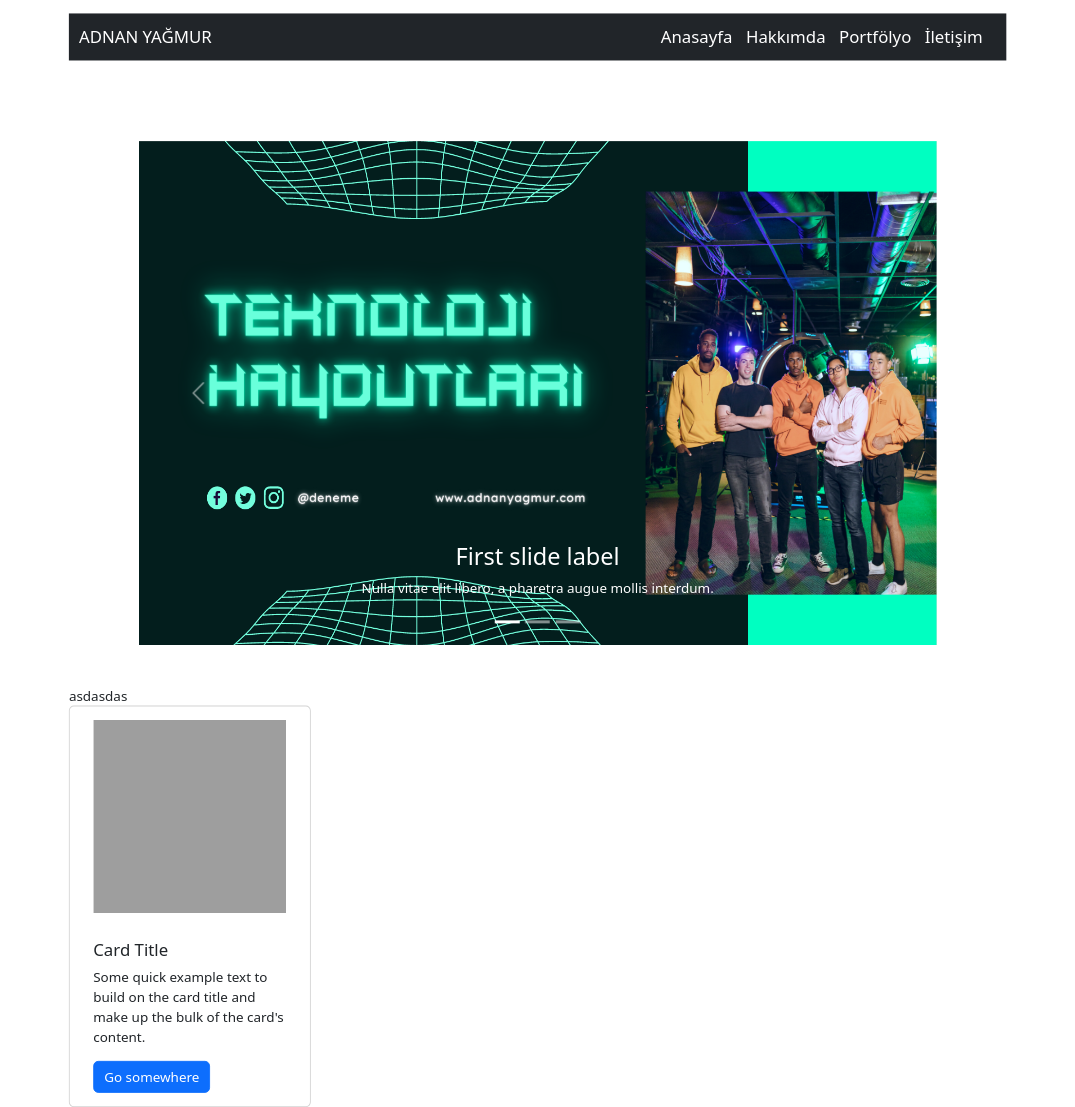
Repository: adnanyagmur/react-bootstrap-example
Page: /
An editor plug-in stored every save of this project. The page is shown before and after the next save, followed by the edit.
The browser window is 1280 px wide. The pictures show the whole page, at 84% of full size.
Pictures or frames that could not be fetched are drawn as grey boxes. The project was rebuilt for these pictures with package versions that can differ from the ones it lists, and the page was loaded fresh each time.

Above is the page before, as saved 2022-06-29 11:19:28.

After the next save:
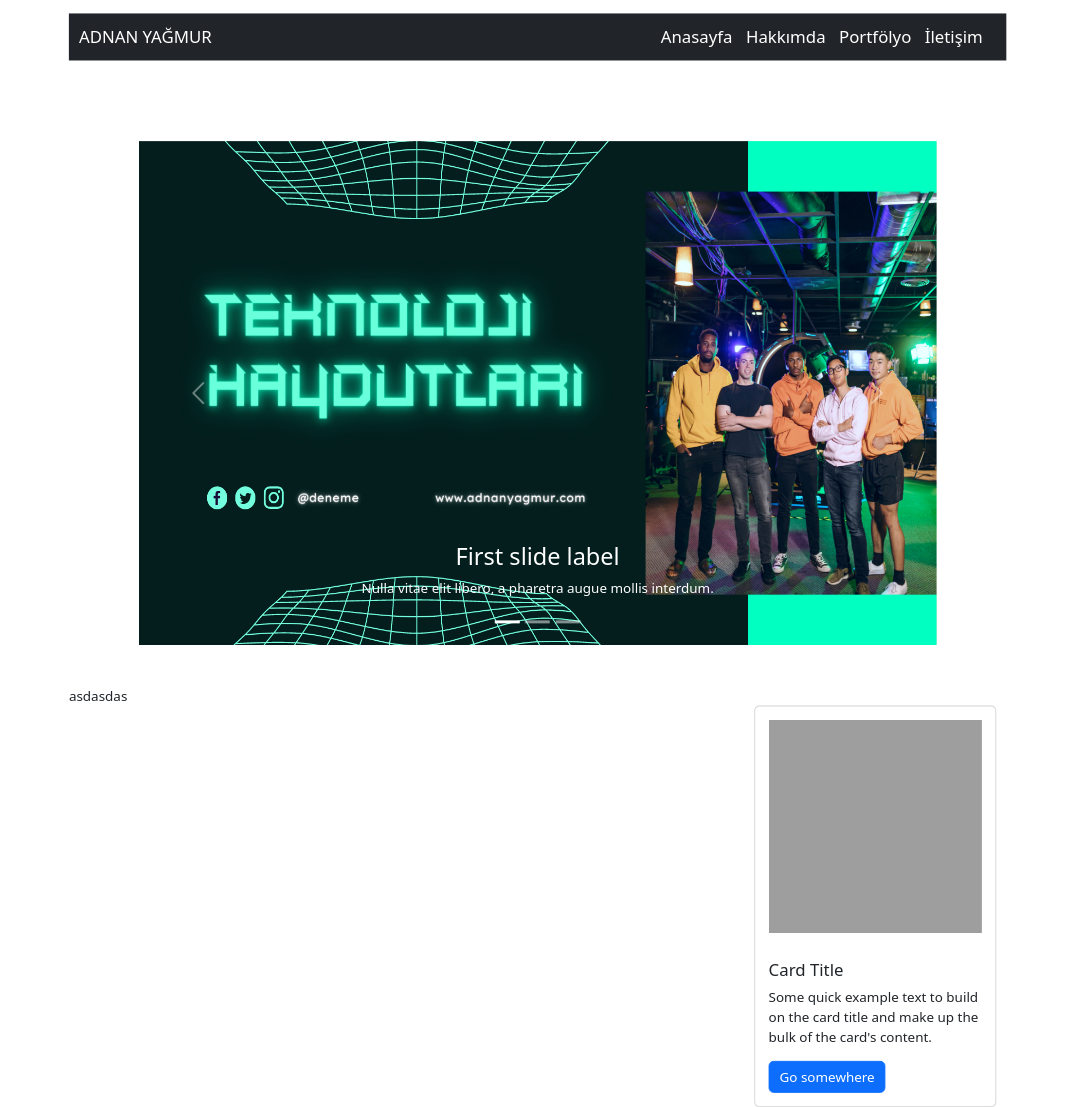
Saved 26 s later.
--- a/src/appComponents/AppContainer.jsx
+++ b/src/appComponents/AppContainer.jsx
@@ -1,4 +1,4 @@
-import {Container,Card,Button, Row} from "react-bootstrap"
+import {Container,Card,Button, Row, Col} from "react-bootstrap"
 
 const AppContainer = () => {
 
@@ -6,6 +6,10 @@ const AppContainer = () => {
        <Container>
         <Row>asdasdas</Row>
         <Row>
+            <Col></Col>
+            <Col></Col>
+            <Col></Col>
+            <Col>
             <Card style={{ width: '18rem' }}>
 
                 <Card.Img className="p-3" variant="top" src="https://picsum.photos/200/200" />
@@ -19,6 +23,7 @@ const AppContainer = () => {
                     <Button variant="primary">Go somewhere</Button>
                 </Card.Body>
             </Card>
+            </Col>
             </Row>
             </Container>
 
